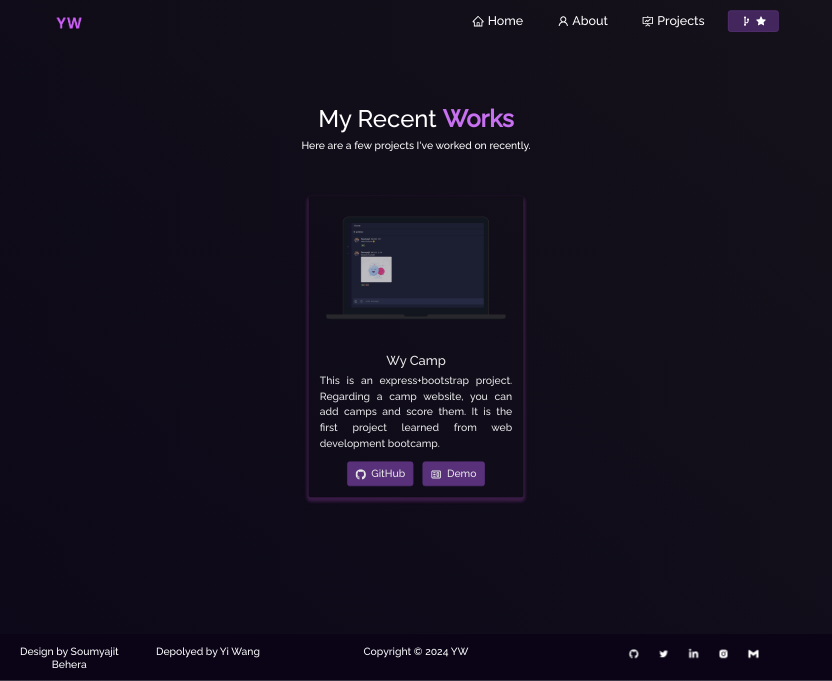
Repository: YiWang24/Portfolio
Page: /project
An editor plug-in stored every save of this project. The page is shown before and after a run of saves, followed by the edit.
The browser window is 1280 px wide. The pictures show the whole page, at 65% of full size.
The project was rebuilt for these pictures with package versions that can differ from the ones it lists, and the page was loaded fresh each time. Also part of the build but not shown: src/components/Home/Home2.js, src/components/Home/Type.js, src/components/Home/Home.js, src/components/About/Github.js, src/components/About/Techstack.js, src/components/About/AboutCard.js, src/components/About/Toolstack.js, src/components/About/About.js and 1 more. Imported but missing from the stored project, and not drawn on this page: src/Assets/Soumyajit_Behera-BIT_MESRA.pdf.

Above is the page before, as saved 2024-08-31 01:40:17.

### public/index.html
<!DOCTYPE html>
<html lang="en">

<head>
  <meta charset="utf-8" />
  <link rel="icon" href="%PUBLIC_URL%/favicon.png" />
  <meta name="viewport" content="width=device-width, initial-scale=1" />
  <meta name="theme-color" content="#000000" />
  <meta name="description" content="Web site created using create-react-app" />
  <link rel="manifest" href="%PUBLIC_URL%/manifest.json" />
  <title>Yi Wang | Portfolio</title>
  <meta name="description" content="Self Developed personal website build with React.js">

  <!-- Google / Search Engine Tags -->
  <meta itemprop="name" content="Yi Wang | Portfolio">
  <meta itemprop="description" content="Self Developed personal website build with React.js">
  <meta itemprop="image"
    content="https://raw.githubusercontent.com/soumyajit4419/Portfolio/master/Images/readme-img.png?token=AK7VCIF5RYEUZZAURELPTAC76U6AK">

  <!-- Facebook Meta Tags -->
  <meta property="og:url" content="https://soumyajit.vercel.app">
  <meta property="og:type" content="website">
  <meta property="og:title" content="Yi Wang | Portfolio">
  <meta property="og:description" content="Self Developed personal website build with React.js">
  <meta property="og:image"
    content="https://raw.githubusercontent.com/soumyajit4419/Portfolio/master/Images/readme-img.png?token=AK7VCIF5RYEUZZAURELPTAC76U6AK">

  <!-- Twitter Meta Tags -->
  <meta name="twitter:card" content="summary_large_image">
  <meta name="twitter:title" content="Yi Wang | Portfolio">
  <meta name="twitter:description" content="Self Developed personal website build with React.js">
  <meta name="twitter:image"
    content="https://raw.githubusercontent.com/soumyajit4419/Portfolio/master/Images/readme-img.png?token=AK7VCIF5RYEUZZAURELPTAC76U6AK">
</head>

<body>
  <noscript>You need to enable JavaScript to run this app.</noscript>
  <div id="root"></div>
</body>

</html>

### src/components/Projects/Projects.js
import React from "react";
import { Container, Row, Col } from "react-bootstrap";
import ProjectCard from "./ProjectCards";
import Particle from "../Particle";
import leaf from "../../Assets/Projects/leaf.png";
import emotion from "../../Assets/Projects/emotion.png";
import editor from "../../Assets/Projects/codeEditor.png";
import chatify from "../../Assets/Projects/chatify.png";
import suicide from "../../Assets/Projects/suicide.png";
import bitsOfCode from "../../Assets/Projects/blog.png";

function Projects() {
  return (
    <Container fluid className="project-section">
      <Particle />
      <Container>
        <h1 className="project-heading">
          My Recent <strong className="purple">Works </strong>
        </h1>
        <p style={{ color: "white" }}>
          Here are a few projects I've worked on recently.
        </p>
        <Row style={{ justifyContent: "center", paddingBottom: "10px" }}>
          <Col md={4} className="project-card">
            <ProjectCard
              imgPath={chatify}
              isBlog={false}
              title="Wy Camp"
              description="This is an express+bootstrap project. Regarding a camp website, you can add camps and score them. It is the first project learned from web development bootcamp."
              ghLink="https://github.com/YiWang24/WyCamp"
              demoLink="https://yiwang.run/app1"
            />
          </Col>
        </Row>
        <br />
        <br />
        <br />
        <br />
        <br />
      </Container>
    </Container>
  );
}

export default Projects;

### src/components/Footer.js
import React from "react";
import { Container, Row, Col } from "react-bootstrap";
import {
  AiFillGithub,
  AiOutlineTwitter,
  AiFillInstagram,
} from "react-icons/ai";
import { FaLinkedinIn } from "react-icons/fa";
import { SiGmail } from "react-icons/si";

const LINKS = {
  github: "https://github.com/YiWang24",
  twitter: "https://x.com/wang_yi13857",
  linkedin: "https://www.linkedin.com/in/yi-wang-51892731a/",
  instagram: "https://www.instagram.com/yiwang2026/",
  gmail: "mailto:yiwang2457@gmail.com",
};

function Footer() {
  let date = new Date();
  let year = date.getFullYear();
  return (
      <Container fluid className="footer" style={{ marginTop: "auto" }}>
        <Row>
          <Col md="2" className="footer-copywright">
            <h3>Design by Soumyajit Behera</h3>
          </Col>
          <Col md="2" className="footer-copywright">
            <h3>Depolyed by Yi Wang</h3>
          </Col>
          <Col md="4" className="footer-copywright">
            <h3>Copyright © {year} YW</h3>
          </Col>
          <Col md="4" className="footer-body">
            <ul className="footer-icons">
              <li className="social-icons">
                <a
                  href={LINKS.github}
                  style={{ color: "white" }}
                  target="_blank"
                  rel="noopener noreferrer"
                  aria-label="GitHub"
                >
                  <AiFillGithub />
                </a>
              </li>
              <li className="social-icons">
                <a
                  href={LINKS.twitter}
                  style={{ color: "white" }}
                  target="_blank"
                  rel="noopener noreferrer"
                >
                  <AiOutlineTwitter />
                </a>
              </li>
              <li className="social-icons">
                <a
                  href={LINKS.linkedin}
                  style={{ color: "white" }}
                  target="_blank"
                  rel="noopener noreferrer"
                >
                  <FaLinkedinIn />
                </a>
              </li>
              <li className="social-icons">
                <a
                  href={LINKS.instagram}
                  style={{ color: "white" }}
                  target="_blank"
                  rel="noopener noreferrer"
                >
                  <AiFillInstagram />
                </a>
              </li>
              <li className="social-icons">
                <a
                  href={LINKS.gmail}
                  style={{ color: "white" }}
                  target="_blank"
                  rel="noopener noreferrer"
                >
                  <SiGmail />
                </a>
              </li>
            </ul>
          </Col>
        </Row>
      </Container>
  );
}

export default Footer;

### src/style.css
html {
  --section-background-color: linear-gradient(
    to bottom left,
    rgba(17, 16, 16, 0.582),
    rgba(12, 8, 24, 0.904)
  );

  --image-gradient: linear-gradient(
    to bottom left,
    rgba(17, 16, 16, 0.678),
    rgba(12, 10, 22, 0.863)
  );

  --imp-text-color: #c770f0;
}

.purple {
  color: var(--imp-text-color) !important;
}

button:focus {
  box-shadow: none !important;
}

/* --------- */
/*  Preloader */
/* --------- */
#preloader {
  position: fixed;
  top: 0;
  left: 0;
  width: 100%;
  height: 100%;
  z-index: 999999;
  background-color: #0c0513;
  background-image: url(./Assets/pre.svg);
  background-repeat: no-repeat;
  background-position: center;
}

#preloader-none {
  opacity: 0;
}

#no-scroll {
  overflow: hidden;
  height: 100vh;
}

/* --------- */
/*Scrollbar   */
/* --------- */

::-webkit-scrollbar {
  width: 7px;
}

/* Track */
::-webkit-scrollbar-track {
  background: #2d1950;
}

/* Handle */
::-webkit-scrollbar-thumb {
  background: rgba(178, 121, 216, 0.959);
  border-radius: 12px;
}

/* Handle on hover */
::-webkit-scrollbar-thumb:hover {
  background: rgba(222, 130, 235, 0.911);
  border-radius: 12px;
}

/* --------- */
/* Navbar Section  */
/* --------- */
.sticky {
  background-color: #1b1a2ea9 !important;
  transition: all 0.3s ease-out 0s !important;
  box-shadow: 0px 10px 10px 0px rgba(9, 5, 29, 0.171) !important;
  backdrop-filter: blur(15px) !important;
}

.navbar {
  position: fixed !important;
  transition: all 0.3s ease-out 0s !important;
  padding: 0.3rem 2rem !important;
  font-size: 1.2rem !important;
}

.navbar-toggler {
  position: relative !important;
  background-color: transparent !important;
  border-color: transparent !important;
}

.navbar-toggler span {
  display: block !important;
  background-color: #be50f4 !important;
  height: 4px !important;
  width: 27px !important;
  margin-top: 5px !important;
  margin-bottom: 5px !important;
  transform: rotate(0deg) !important;
  left: 0 !important;
  opacity: 1 !important;
}

.navbar-toggler:focus,
.navbar-toggler:active {
  outline: 0 !important;
}

.navbar-toggler span:nth-child(1),
.navbar-toggler span:nth-child(3) {
  transition: transform 0.35s ease-in-out !important;
  transition: transform 0.35s ease-in-out !important;
}

.navbar-toggler:not(.collapsed) span:nth-child(1) {
  position: absolute !important;
  left: 12px !important;
  top: 10px !important;
  transform: rotate(135deg) !important;
  opacity: 0.9 !important;
}

.navbar-toggler:not(.collapsed) span:nth-child(2) {
  height: 12px !important;
  visibility: hidden !important;
  background-color: transparent !important;
}

.navbar-toggler:not(.collapsed) span:nth-child(3) {
  position: absolute !important;
  left: 12px !important;
  top: 10px !important;
  transform: rotate(-135deg) !important;
  opacity: 0.9 !important;
}

@media (max-width: 767px) {
  .navbar {
    padding: 1rem 2rem !important;
    font-size: 1.4rem !important;
    background-color: #181a27 !important;
  }
  .navbar-nav .nav-item a::after {
    display: none !important;
  }
}
.navbar-brand {
  color: rgb(250, 250, 250) !important;
}

.logo {
  height: 1.4em !important;
  width: 2.5em !important;
}

.navbar-nav .nav-link {
  color: white !important;
  padding-right: 1rem !important;
  padding-left: 1rem !important;
}

.nav-link {
  padding: 0.8rem 1rem !important;
}

@media (max-width: 767px) {
  .nav-link {
    padding: 0.7rem 1rem !important;
  }
}

.navbar-nav .nav-item {
  position: relative;
  margin-left: 20px;
}

.navbar-nav .nav-item a {
  font-weight: 400;
  transition: all 0.3s ease-out 0s;
  position: relative;
  z-index: 1;
}

.navbar-nav .nav-item a::after {
  content: "";
  position: relative;
  display: block;
  height: 5px;
  width: 0;
  border-radius: 16px;
  background: #c95bf5;
  bottom: 1px;
  left: 0;
  z-index: -1;
  transition: all 0.3s ease-out 0s;
}

.navbar-nav .nav-item a:hover::after {
  width: 100%;
}

/* --------- */
/* Home section */
/* --------- */
.wave {
  animation-name: wave-animation; /* Refers to the name of your @keyframes element below */
  animation-duration: 2.1s; /* Change to speed up or slow down */
  animation-iteration-count: infinite; /* Never stop waving :) */
  transform-origin: 70% 70%; /* Pivot around the bottom-left palm */
  display: inline-block;
}

@keyframes wave-animation {
  0% {
    transform: rotate(0deg);
  }
  10% {
    transform: rotate(14deg);
  } /* The following five values can be played with to make the waving more or less extreme */
  20% {
    transform: rotate(-8deg);
  }
  30% {
    transform: rotate(14deg);
  }
  40% {
    transform: rotate(-4deg);
  }
  50% {
    transform: rotate(10deg);
  }
  60% {
    transform: rotate(0deg);
  } /* Reset for the last half to pause */
  100% {
    transform: rotate(0deg);
  }
}
#tsparticles {
  position: fixed !important;
  background-repeat: no-repeat !important;
  background-size: cover !important;
  width: 100%;
  height: 100%;
}

.home-header {
  padding-top: 80px !important;
}

.home-section {
  position: relative;
  z-index: -1;
  background-image: var(--image-gradient), url(./Assets/home-bg.jpg);
  background-position: top center;
  background-repeat: no-repeat;
  padding-bottom: 30px !important;
  padding-top: 30px !important;
}

.home-content {
  padding: 9rem 0 2rem !important;
  color: whitesmoke;
  text-align: left;
}

.heading {
  font-size: 2.4em !important;
  padding-left: 50px !important;
}

.heading-name {
  font-size: 2.5em !important;
  padding-left: 45px !important;
}

.main-name {
  color: #cd5ff8;
}

.Typewriter__wrapper {
  font-size: 2.2em !important;
  color: #be6adf !important;
  font-weight: 600 !important;
}
.Typewriter__cursor {
  font-size: 2.4em !important;
  color: #b562d6 !important;
}

@media (max-width: 767px) {
  .Typewriter__wrapper {
    font-size: 1.4em !important;
    font-weight: 500 !important;
    position: absolute !important;
  }
  .Typewriter__cursor {
    display: none !important;
  }
}

.myAvtar {
  justify-content: center !important;
  padding-top: 9em !important;
}

@media (max-width: 767px) {
  .myAvtar {
    padding-top: 2em !important;
    padding-bottom: 2em !important;
  }
}

.home-about-section {
  position: relative;
  padding-bottom: 70px !important;
  padding-top: 70px !important;
}

.home-about-description {
  color: white !important;
  padding-top: 100px !important;
  padding-bottom: 20px !important;
  text-align: center;
}

.home-about-body {
  padding-top: 50px;
  font-size: 1.2em !important;
  text-align: left;
}

.home-about-social {
  text-align: center !important;
  padding-top: 25px;
  color: white !important;
}

.home-about-social-links {
  justify-content: center !important;
  padding-top: 15px !important;
  display: inline-block !important;
  position: relative !important;
  padding-inline-start: 0 !important;
}

.home-social-icons {
  position: relative !important;
  display: inline-block !important;
  width: 40px !important;
  height: 40px !important;
  text-align: center !important;
  font-size: 1.2em !important;
  line-height: 2em !important;
  background: rgba(255, 255, 255, 0.972) !important;
  border-radius: 50% !important;
  transition: 0.5s !important;
}

.home-social-icons::before {
  content: "";
  position: absolute;
  top: 0;
  left: 0;
  width: 100%;
  height: 100%;
  border-radius: 50%;
  background: #68187a;
  transition: 0.5s;
  transform: scale(0.9);
  z-index: -1;
}

.home-social-icons:hover::before {
  transform: scale(1.1);
  box-shadow: 0 0 15px #801f95;
}

.home-social-icons:hover {
  color: #87209e;
  box-shadow: 0 0 5px #87209e;
  text-shadow: 0 0 2px #87209e;
}

.social-icons {
  display: inline-block !important;
  padding-right: 15px;
  padding-left: 15px;
}

.icon-colour {
  color: #700c86 !important;
}

/* --------- */
/* Footer */
/* --------- */
.footer {
  background-color: rgb(10, 4, 22);
  bottom: 0 !important;
  padding-top: 10px !important;
  padding-bottom: 8px !important ;
  margin-top: auto;
  text-align: center;
  width: 100%;
}
.footer-copywright {
  text-align: center !important;
}

.footer-body {
  z-index: 1;
  text-align: center !important;
}

@media (max-width: 767px) {
  .footer-copywright {
    text-align: center !important;
  }

  .footer-body {
    text-align: center !important;
  }
}

.footer h3 {
  font-size: 1em;
  color: white !important;
  margin-top: 0.5em !important;
  margin-bottom: 0.5em !important;
}
.footer-icons {
  margin-top: 0.5em !important;
  margin-bottom: 0.5em !important;
  padding: 0 !important;
}

.blockquote-footer {
  color: #a588c0 !important;
}
/* --------- */
/* Projects */
/* --------- */
.project-section {
  position: relative !important;
  padding-top: 150px !important;
  padding-bottom: 30px !important;
  background-image: var(--section-background-color) !important;
}

.project-card {
  padding-top: 50px !important;
  padding-bottom: 50px !important;
  padding-left: 25px !important;
  padding-right: 25px !important;
  height: auto !important;
}

.project-card-view {
  box-shadow: 0 4px 5px 3px rgba(119, 53, 136, 0.459) !important;
  color: white !important;
  background-color: transparent !important;
  opacity: 0.9 !important;
  transition: all 0.5s ease 0s !important;
  height: 100% !important;
}
.project-card-view:hover {
  transform: scale(1.02) !important;
  overflow: hidden !important;
  box-shadow: 0 4px 4px 5px rgba(129, 72, 144, 0.561) !important;
}

.blog-card {
  padding-top: 50px !important;
  padding-bottom: 50px !important;
  padding-left: 25px !important;
  padding-right: 25px !important;
  height: auto !important;
}

.blog-card-view {
  background-color: transparent !important;
  box-shadow: 0 3px 3px 2px rgba(145, 77, 161, 0.459) !important;
  color: white !important;
  transition: all 0.5s ease 0s !important;
  height: 100% !important;
}

.blog-link {
  color: white !important;
  text-decoration: none !important;
}

.blog-link:hover {
  cursor: pointer !important;
}

.blog-card-view:hover {
  transform: scale(1.02) !important;
  overflow: hidden !important;
  box-shadow: 0 3px 3px 5px rgba(155, 88, 173, 0.65) !important;
}

.card-img-top {
  padding: 20px !important;
  opacity: 0.8 !important;
  border-radius: 10px !important;
}

.blog-img {
  padding: 0px !important;
  opacity: 0.8 !important;
  border-radius: 0px !important;
}

.btn-primary {
  color: #fff !important;
  background-color: #623686 !important;
  border-color: #623686 !important;
}

.btn-primary:hover {
  color: #fff !important;
  background-color: #6d20c5d7 !important;
  border-color: #6d20c5d7 !important;
}
.btn:focus {
  outline: none !important;
  box-shadow: none !important;
}
.project-heading {
  color: white !important;
  font-size: 2.3em !important;
  font-weight: 500 !important;
  padding-top: 10px !important;
}

/* --------- */
/* About */
/* --------- */

.about-section {
  position: relative !important;
  padding-top: 150px !important;
  padding-bottom: 30px !important;
  background-image: var(--section-background-color) !important;
  color: white !important;
}

.tech-icons {
  font-size: 4.5em !important;
  margin: 15px !important;
  padding: 10px !important;
  opacity: 0.93 !important;
  border: 1.7px solid rgba(200, 137, 230, 0.637) !important;
  vertical-align: middle !important;
  text-align: center !important;
  border-radius: 5px !important;
  display: table !important;
  box-shadow: 4px 5px 4px 3px rgba(89, 4, 168, 0.137) !important;
  overflow: hidden !important;
  transition: all 0.4s ease 0s !important;
}

@media (max-width: 767px) {
  .tech-icons {
    margin: 10px !important;
  }
}

.tech-icons:hover {
  transform: scale(1.05) !important;
  overflow: hidden !important;
  border: 2.2px solid rgba(197, 115, 230, 0.883) !important;
}
.tech-icon-images {
  padding: 20px !important;
  line-height: 1.6 !important;
}

.quote-card-view {
  border: none !important;
  color: white !important;
  background-color: transparent !important;
}

.about-activity {
  list-style: none !important;
  text-align: left !important;
  padding-left: 1px !important;
}

@media (max-width: 767px) {
  .about-img {
    padding-top: 0 !important;
  }
}
/* --------- */
/* Resume */
/* --------- */

.resume-section {
  position: relative !important;
  padding-top: 110px !important;
  padding-bottom: 30px !important;
  background-image: var(--section-background-color) !important;
  color: white !important;
}

.resume {
  padding-top: 50px;
  padding-bottom: 50px;
  justify-content: center;
}

.resume-left {
  padding-right: 80px !important;
}

.resume-right {
  padding-left: 80px !important;
}

@media (max-width: 767px) {
  .resume-left {
    padding-right: 15px !important;
    padding-left: 15px !important;
  }

  .resume-right {
    padding-right: 15px !important;
    padding-left: 15px !important;
  }
}
.resume .resume-title {
  font-size: 2em;
  font-weight: 700;
  padding-top: 30px;
  padding-bottom: 30px;
}

.resume .resume-item {
  padding: 0 0 10px 25px;
  margin-top: -2px;
  border-left: 2px solid #8a49a8;
  position: relative;
}

.resume .resume-item .resume-title {
  line-height: 18px;
  font-size: 0.9em;
  background: #5234795d;
  padding: 8px 15px;
  display: inline-block;
  font-weight: 600;
  margin-bottom: 10px;
}

.resume .resume-item ul {
  padding-left: 20px;
  text-align: justify;
}

.resume .resume-item ul li {
  padding-bottom: 10px;
  list-style: none;
}

.resume .resume-item:last-child {
  padding-bottom: 0;
}

.resume .resume-item::before {
  content: "";
  position: absolute;
  width: 16px;
  height: 16px;
  border-radius: 50px;
  left: -9px;
  top: 0;
  background: #fff;
  border: 2px solid #8a49a8;
}

.like-item {
  padding-top: 10px !important;
  font-size: 1.1em !important;
  font-family: sans-serif !important;
}

.like-btn {
  background-color: #934cce5e !important;
  border-color: #934cce5e !important;
  padding: 0.25rem 0.98rem !important;
  border-radius: 5px !important;
  line-height: 1.4 !important;
  transition: 0.3s ease !important;
}

.like-btn:hover {
  transform: translateY(-2px) !important;
  background-color: #a24dd386 !important;
  border-color: #a24dd386 !important;
}

.animate-like {
  animation-name: likeAnimation;
  animation-fill-mode: forwards;
  animation-duration: 0.85s;
}
@keyframes likeAnimation {
  0% {
    transform: scale(1.5);
  }
  100% {
    transform: scale(1);
  }
}

.fork-btn {
  font-size: 1.1em !important;
  padding-top: 10px !important;
}

.fork-btn-inner {
  line-height: 1.4em !important;
  background-color: #934cce5e !important;
  padding: 0.25rem 1.1rem !important;
  vertical-align: middle !important;
  text-align: center !important;
}

.fork-btn-inner:hover {
  transform: translateY(-2px) !important;
  background-color: #a24dd386 !important;
  border-color: #a24dd386 !important;
}
.fork-btn-inner::after {
  display: none !important;
}

### src/components/Particle.js
import React from "react";
import Particles from "react-tsparticles";

function Particle() {
  return (
    <Particles
      id="tsparticles"
      params={{
        particles: {
          number: {
            value: 160,
            density: {
              enable: true,
              value_area: 1500,
            },
          },
          line_linked: {
            enable: false,
            opacity: 0.03,
          },
          move: {
            direction: "right",
            speed: 0.05,
          },
          size: {
            value: 1,
          },
          opacity: {
            anim: {
              enable: true,
              speed: 1,
              opacity_min: 0.05,
            },
          },
        },
        interactivity: {
          events: {
            onclick: {
              enable: true,
              mode: "push",
            },
          },
          modes: {
            push: {
              particles_nb: 1,
            },
          },
        },
        retina_detect: true,
      }}
    />
  );
}

export default Particle;

### src/components/Projects/ProjectCards.js
import React from "react";
import Card from "react-bootstrap/Card";
import Button from "react-bootstrap/Button";
import { CgWebsite } from "react-icons/cg";
import { BsGithub } from "react-icons/bs";

function ProjectCards(props) {
  return (
    <Card className="project-card-view">
      <Card.Img variant="top" src={props.imgPath} alt="card-img" />
      <Card.Body>
        <Card.Title>{props.title}</Card.Title>
        <Card.Text style={{ textAlign: "justify" }}>
          {props.description}
        </Card.Text>
        <Button variant="primary" href={props.ghLink} target="_blank">
          <BsGithub /> &nbsp;
          {props.isBlog ? "Blog" : "GitHub"}
        </Button>
        {"\n"}
        {"\n"}

        {/* If the component contains Demo link and if it's not a Blog then, it will render the below component  */}

        {!props.isBlog && props.demoLink && (
          <Button
            variant="primary"
            href={props.demoLink}
            target="_blank"
            style={{ marginLeft: "10px" }}
          >
            <CgWebsite /> &nbsp;
            {"Demo"}
          </Button>
        )}
      </Card.Body>
    </Card>
  );
}
export default ProjectCards;

Loaded but not shown: src/index.js (common file); src/index.css (common file); src/App.js (common file); src/reportWebVitals.js (common file); src/components/Pre.js (common file); src/components/ScrollToTop.js (common file); src/App.css (common file); src/components/Navbar.js (122 lines, source omitted)

After the next 3 saves:
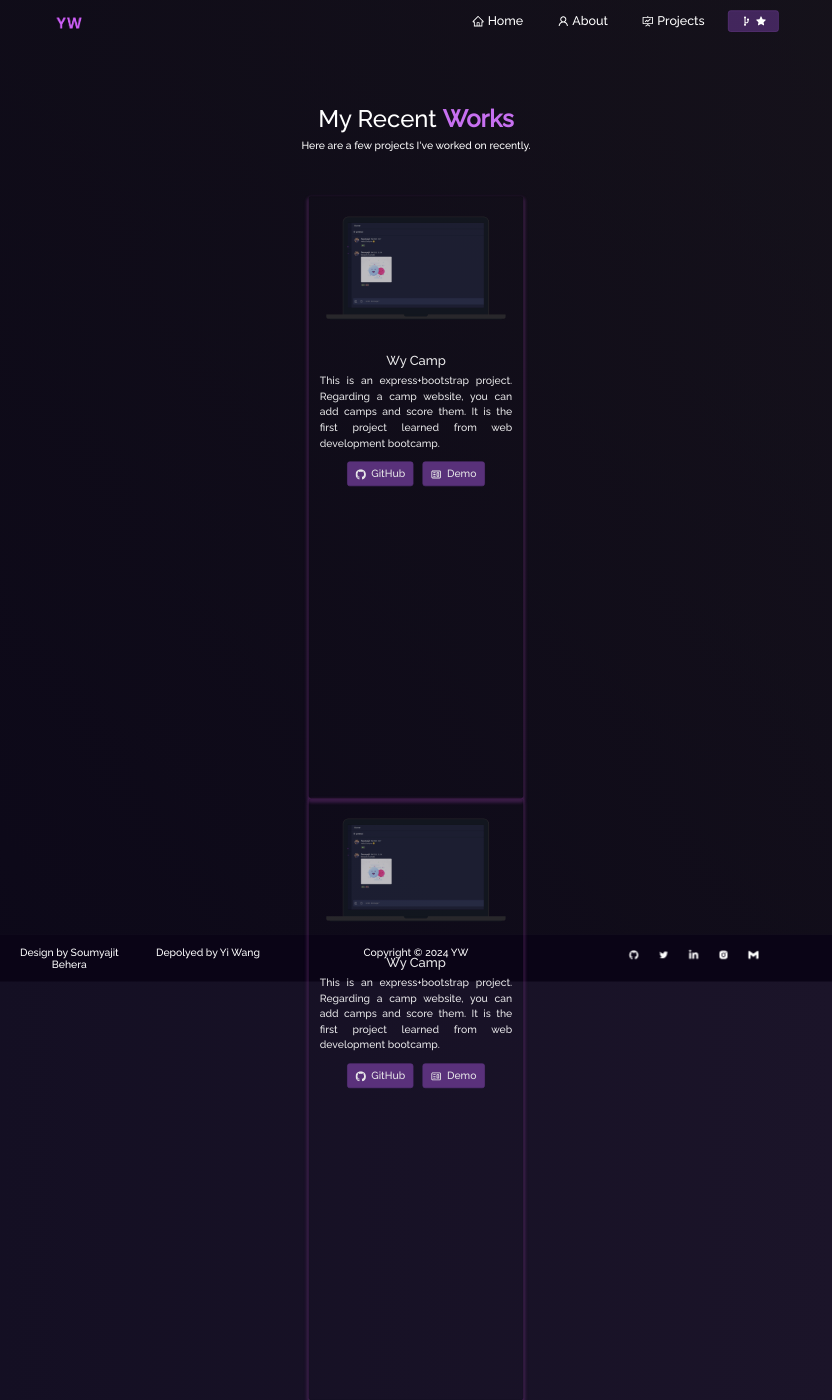
The 3 saves are shown as one change because they came seconds apart.
The last was saved 19 days later.
--- a/src/components/Projects/Projects.js
+++ b/src/components/Projects/Projects.js
@@ -28,8 +28,17 @@ function Projects() {
               title="Wy Camp"
               description="This is an express+bootstrap project. Regarding a camp website, you can add camps and score them. It is the first project learned from web development bootcamp."
               ghLink="https://github.com/YiWang24/WyCamp"
+              demoLink="https://yiwang.run/"
+            />
+<ProjectCard
+              imgPath={chatify}
+              isBlog={false}
+              title="Wy Camp"
+              description="This is an express+bootstrap project. Regarding a camp website, you can add camps and score them. It is the first project learned from web development bootcamp."
+              ghLink="https://github.com/YiWang24/WyCamp"
               demoLink="https://yiwang.run/app1"
             />
+
           </Col>
         </Row>
         <br />
